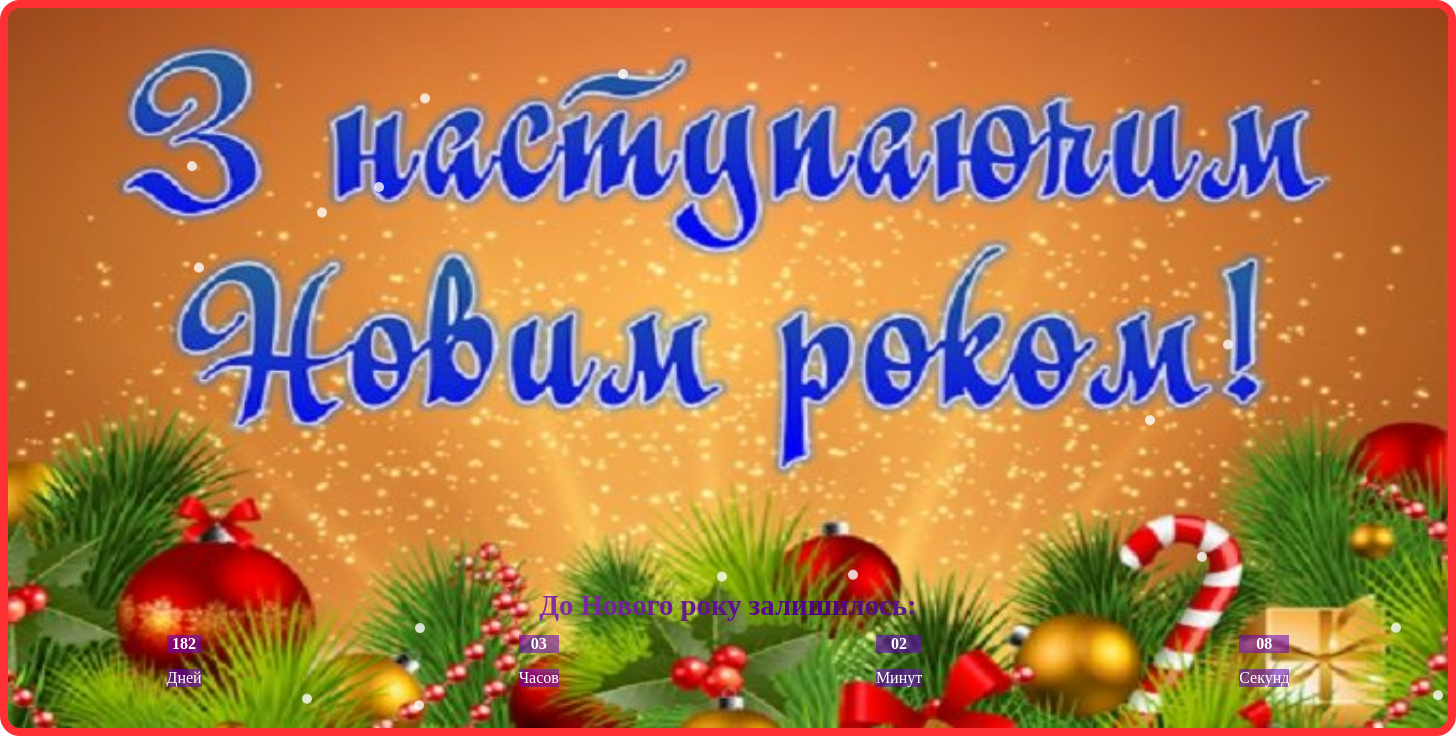
Repository: KonstantinKhamilov/JavaScript11-new-year
Page: index.html
These files come from the project's save history. The page is drawn as it stood at one moment and after the next save; the edit follows.
The browser window is 1440 px wide. The page is 1456 px wide, so the pictures cover 1456 px, including what lies to the right of the window. The pictures show the whole page.

Above is the page before, as saved 2024-12-29 21:24:54.

### index.html
<!DOCTYPE html>
<html lang="en">
    <head>
        <title>JavaScript11</title>

        <meta charset="utf-8">
        <meta http-equiv="X-UA-Compatible" content="IE=edge">
        <meta name="description" lang="ru" content="Стили css">
        <meta name="author" content="Константин">
        <meta name="keywords" content="Программирование, уроки JavaScript">
        <meta name="robots" content="all">
        <meta name="viewport" content="width=device-width, initial-scale=1.0">
        <link rel="stylesheet" href="newYear.css" type="text/css">
</head>

<body>
   <!--
     <h1><u>Задание 1</u></h1>
    <p>Необходимо реализовать функцию, описывающую окружность.В функции должны быть следующие компоненты:</p>
<ul type="disk">
    <li>поле, хранящее радиус окружности;</li>
    <li>get-свойство, возвращающее радиус окружности;</li>
    <li>set-свойство, устанавливающее радиус окружности;</li>
    <li>get-свойство, возвращающее диаметр окружности;</li>
    <li>метод, вычисляющий площадь окружности;</li>
    <li>метод, вычисляющий длину окружности.</li>
</ul>
       <p>Продемонстрируйте работу свойств и методов.</p>
       <p>Введите радиус окружности: </p>
       <input type="text" id="rad">
        <button onclick="showResults()">Показать результаты</button>
        <p id="output"></p>

          <h1><u>Задание 2</u></h1>
          <p>Реализуйте функцию, которая описывает css класс.функция CssClass должна содержать внутри себя:</p>
          <ul type="square">
<li>название css класса;</li>
<li>массив стилей;</li>
<li>метод для установки стиля;</li>
<li>метод для удаления стиля;</li>
<li>метод getCss(), который возвращает css код в виде строки.</li>
          </ul>

          <p>Введите название класса:</p>
    <input type="text" id="class" />
    <button onclick="showCSS()">Показать результат генерации</button>
    <p id="output1"></p>

    <p>Добавить стиль:</p>
    <input type="text" id="add-style" />
    <button onclick="addStyle()">Добавить</button>

    <p>Удалить стиль:</p>
    <input type="text" id="remove-style" />
    <button onclick="removeStyle()">Удалить</button>

  <h1><u>Задание 3</u></h1>
  <p>
    Рассчитайте, сколько дней, часов, минут и секунд осталось до Нового года. Выведите эти значения красиво,
    методом document.write() или другим с тегами -p- и
    -span- и классами для них. Стили можно записать в отдельном css-файле. Если одно из чисел будет меньше 10,
    то его нужно вывести с ведущим 0, например, так:
    Сделайте свой скрипт универсальным, задав дату следующего Нового года относительно текущей даты с помощью методов объекта Date.
  </p>
  <p>Пример вывода результата задания:</p>
<img src="D:\Full Stack\Модуль\JavaScript\JavaScript11\Безымянный1.png" alt="time">
-->
<div class="box" >
  <ol class="maintext">
    <li class="text">До Нового року залишилось:</li>
   <li class="count">

<ol class="time">
  <li class="timer"><h2 id="day">00</h2><p>Дней</p></li>
  <li class="timer"><h2 id="hrs">00</h2><p>Часов</p></li>
  <li class="timer"><h2 id="min">00</h2><p>Минут</p></li>
  <li class="timer"><h2 id="sec">00</h2><p>Секунд</p></li>
</ol>
  </li>
  </ol>
</div>

    <script>


/*
        //1
function Circle(radius) {
  // Сохранение значения радиуса в свойстве объекта
  this.radius = radius;
  // Определение get-свойства для получения значения радиуса
  Object.defineProperty(this, 'radius', {
    get: function() {
      // Возвращение значения радиуса
      return radius;
    },
    // Определение set-свойства для установки значения радиуса
    set: function(value) {
      // Проверка на корректность значения радиуса
      if (value <= 0) throw new Error('Invalid radius');
      // Установка нового значения радиуса
      radius = value;
    }
  });

  // Определение get-свойства для получения значения диаметра окружности
  Object.defineProperty(this, 'diameter', {
    get: function() {
      // Возвращение значения диаметра, равного удвоенному радиусу
      return 2 * radius;
    }
  });

  // Определение метода для вычисления площади окружности
  this.area = function() {
    // Возвращение площади окружности, вычисленной как произведение числа Пи на квадрат радиуса
    return Math.PI * Math.pow(radius, 2);
  }

  // Определение метода для вычисления длины окружности
  this.circumference = function() {
    // Возвращение длины окружности, вычисленной как произведение числа Пи на удвоенный радиус
    return 2 * Math.PI * radius;
  }
}

function showResults() {
    let input = document.getElementById("rad").value;
    let circle = new Circle(input);
    let output = 'Радиус: ' + circle.radius + '<br>';
    output += 'Диаметр: ' + circle.diameter + '<br>';
    output += 'Площадь: ' + circle.area() + '<br>';
    output += 'Длинна окружности: ' + circle.circumference();
    document.getElementById("output").innerHTML = output;
  }

  //2

      // Определение функции CssClass, которая принимает название CSS класса в качестве аргумента
      function CssClass(className) {
        // Сохранение значения названия CSS класса в свойстве объекта
        this.className = className;
        // Создание пустого массива для хранения стилей CSS класса
        this.styles = [];

        // Определение метода setStyle для добавления нового стиля в массив стилей
        this.setStyle = function(style) {
          // Добавление нового стиля в конец массива стилей
          this.styles.push(style);
        }

        // Определение метода removeStyle для удаления существующего стиля из массива стилей
        this.removeStyle = function(style) {
          // Поиск индекса указанного стиля в массиве стилей
          let index = this.styles.indexOf(style);
          // Если стиль найден в массиве
          if (index !== -1) {
            // Удаление стиля из массива по найденному индексу
            this.styles.splice(index, 1);
          }
        }

        // Определение метода getCss для генерации CSS кода класса в виде строки
        this.getCss = function() {
          // Создание строки с селектором CSS класса и открывающей скобкой
          let cssString = '.' + this.className + ' {\n';
          // Цикл по всем стилям в массиве стилей
          for (let i = 0; i < this.styles.length; i++) {
            // Добавление очередного стиля в строку с отступом и точкой с запятой
            cssString += '  ' + this.styles[i] + ';\n';
          }
          // Добавление закрывающей скобки в конец строки
          cssString += '}';
          // Возвращение сгенерированной строки с CSS кодом класса
          return cssString;
        }
      }
      let myClass;

      function showCSS() {
        // Получение значения из элемента input с id 'class'
        let className = document.getElementById('class').value;
        // Создание нового объекта CssClass с названием класса из элемента input
        myClass = new CssClass(className);
        // Добавление стиля 'color: red' в массив стилей класса
        myClass.setStyle('color: red');
        // Добавление стиля 'font-size: 16px' в массив стилей класса
        myClass.setStyle('font-size: 16px');
        // Вывод сгенерированного CSS кода класса в элемент p с id 'output'
        document.getElementById('output1').innerHTML = myClass.getCss();
      }

      function addStyle() {
        if (!myClass) {
          alert('Сначала нажмите кнопку "Показать результат генерации"');
          return;
        }
        // Получение значения из элемента input с id 'add-style'
        let style = document.getElementById('add-style').value;
        // Добавление стиля в массив стилей класса
        myClass.setStyle(style);
        // Вывод обновленного CSS кода класса в элемент p с id 'output'
        document.getElementById('output1').innerHTML = myClass.getCss();
      }

      function removeStyle() {
        if (!myClass) {
          alert('Сначала нажмите кнопку "Показать результат генерации"');
          return;
        }
        // Получение значения из элемента input с id 'remove-style'
        let style = document.getElementById('remove-style').value;
        // Удаление стиля из массива стилей класса
        myClass.removeStyle(style);
        // Вывод обновленного CSS кода класса в элемент p с id 'output'
        document.getElementById('output1').innerHTML = myClass.getCss();
      }
      */

//3
const snowContainer = document.querySelector('.box');

function createSnowflake() {
    const snowflake = document.createElement('div');
    snowflake.classList.add('snowflake');

    // Устанавливаем случайную позицию по горизонтали
    snowflake.style.left = Math.random() * 100 + 'vw';

    // Устанавливаем случайную скорость падения
    snowflake.style.animationDuration = Math.random() * 3 + 2 + 's'; // от 2 до 5 секунд

    // Добавляем снежинку в контейнер
    snowContainer.appendChild(snowflake);

    // Удаляем снежинку после завершения анимации
    setTimeout(() => {
        snowflake.remove();
    }, 5000); // Время должно соответствовать времени падения
}

// Создаем снежинки каждые 300 мс
setInterval(createSnowflake, 300);
const day = document.getElementById('day');
const hrs = document.getElementById('hrs');
const min = document.getElementById('min');
const sec = document.getElementById('sec');
const currentYear = new Date().getFullYear();

const newYear = new Date (`1 Jan ${currentYear + 1} 00:00:00`);

function countdownDate(){
const today = Date.now()
const gap = newYear - today;
let d = Math.floor(gap/1000/60/60/24);
let h = Math.floor((gap/1000/60/60)%24);
let m = Math.floor((gap/1000/60)%60);
let s = Math.floor((gap/1000)%60);

day.innerHTML = d<10 ? '0' + d : d;
hrs.innerHTML = h<10 ? '0' + h : h;
min.innerHTML = m<10 ? '0' + m : m;
sec.innerHTML = s<10 ? '0' + s : s;
}
setInterval(countdownDate,1000);
    </script>
</body>
</html>

### newYear.css
body {
  margin: 0;
  padding: 0;
  overflow: hidden;
}

@keyframes rainbow {
  0% {
    background-position: 0%;
  }
  100% {
    background-position: 100%;
  }
}

.snowflake {
  position: absolute;
  top: -10px; /* Начальная позиция снега */
  background: white; /* Цвет снега */
  border-radius: 50%; /* Круглая форма */
  opacity: 0.8; /* Прозрачность снега */
  animation: fall linear infinite; /* Анимация падения */
  width: 10px; /* Размер снежинки */
  height: 10px; /* Размер снежинки */
}

@keyframes fall {
  0% {
    transform: translateY(0); /* Начальная позиция */
  }
  100% {
    transform: translateY(100vh); /* Конечная позиция */
  }
}

@media screen and (min-width: 320px) {
  .box {
    display: block;
    text-align: end;
    background-image: url("z_nastupauschim_ng_4.jpg");
    background-repeat: no-repeat;
    background-size: 100% 100%;
    border: solid 8px;
    border-radius: 20px;
    border-color: rgb(255, 48, 52);
    height: 100vh;
    width: 100vw;
    position: relative; /* Добавлено для позиционирования */
  }

  ol {
    list-style-type: none;
    margin: auto;
    padding: 0px;
  }

  .maintext {
    display: flex;
    flex-direction: column;
    justify-content: space-between;
    padding: 100% 0px 0px 0px;
    position: absolute;
    bottom: 3.5%;
    width: 100%;
  }

  .text {
    color: rgb(4, 69, 131);
    font-family: cursive;
    font-weight: bold;
    font-size: 1.8em;
    text-align: center;
    background: linear-gradient(
      270deg,
      red,
      orange,
      yellow,
      green,
      blue,
      white,
      indigo,
      violet
    );
    background-size: 400%; /* Увеличиваем размер фона для анимации */
    -webkit-background-clip: text; /* Обрезаем фон по тексту */
    -webkit-text-fill-color: transparent; /* Делаем цвет текста прозрачным */
    animation: rainbow 3.5s linear infinite;
  }

  .time {
    display: flex;
    flex-direction: row;
    justify-content: space-around;
    width: 100%;
  }

  h2 {
    color: white;
    font-size: 1em;
  }

  .timer > p,
  .timer > #day,
  .timer > #hrs,
  .timer > #min,
  .timer > #sec {
    color: white;
    background-color: rgb(102, 2, 196, 0.55);
    font-size: 1em;
    text-align: center;
  }
}

@media screen and (min-width: 426px) and (max-width: 768px) {
  .timer > p,
  .timer > #day,
  .timer > #hrs,
  .timer > #min,
  .timer > #sec {
    font-size: 1.75em;
  }
  h2 {
    font-size: 2em;
  }
  .text {
    font-size: 2.5em;
  }
}

@media screen and (min-width: 769px) and (max-width: 1280px) {
  .timer > p,
  .timer > #day,
  .timer > #hrs,
  .timer > #min,
  .timer > #sec {
    font-size: 2.2em;
  }
  h2 {
    font-size: 2.5em;
  }
  .text {
    font-size: 3em;
  }
}

After the next save:
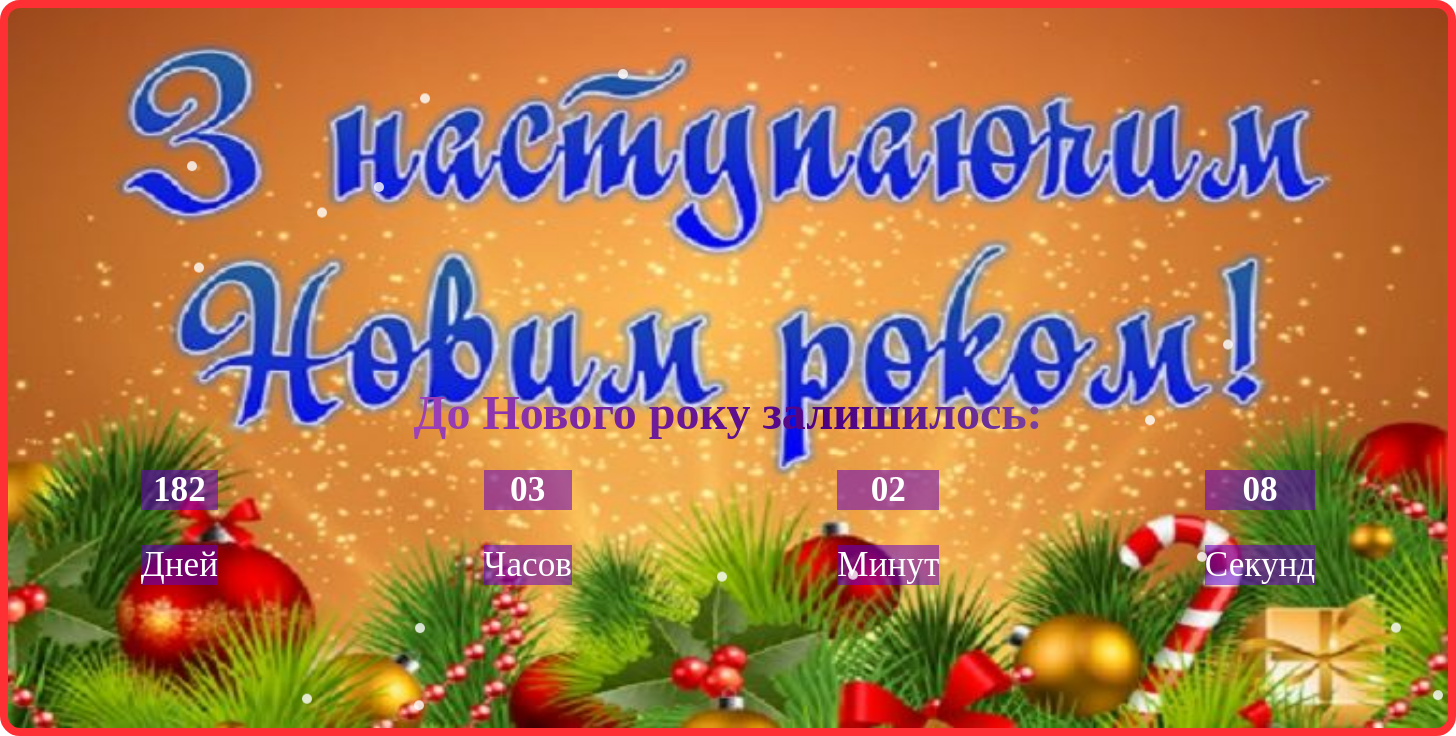
Saved 4 min 40 s later.
--- a/newYear.css
+++ b/newYear.css
@@ -60,7 +60,7 @@ body {
     justify-content: space-between;
     padding: 100% 0px 0px 0px;
     position: absolute;
-    bottom: 3.5%;
+    bottom: 15%;
     width: 100%;
   }
 
@@ -142,3 +142,19 @@ body {
     font-size: 3em;
   }
 }
+
+@media screen and (min-width: 1281px) {
+  .timer > p,
+  .timer > #day,
+  .timer > #hrs,
+  .timer > #min,
+  .timer > #sec {
+    font-size: 2.2em;
+  }
+  h2 {
+    font-size: 2.5em;
+  }
+  .text {
+    font-size: 3em;
+  }
+}
